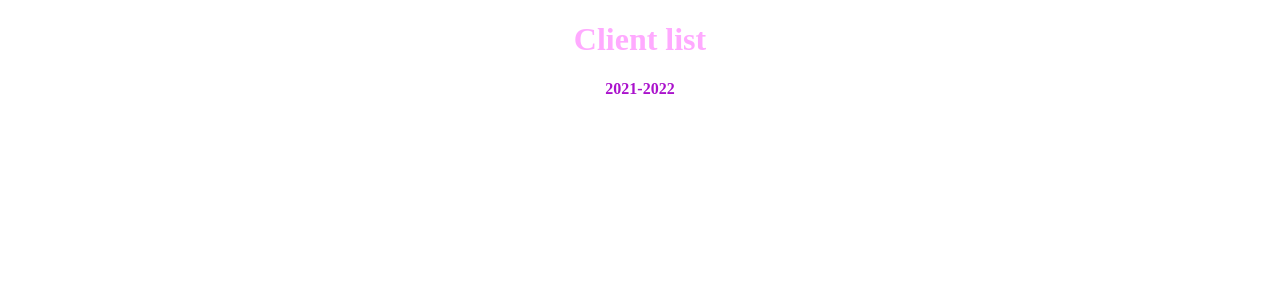
Repository: Balamurugan1914/crud_operation_without_db
Page: http://localhost/html_example/client.html
An editor plug-in stored every save of this project. The page is shown before and after the next save, followed by the edit.
The browser window is 1280 px wide. The pictures show the whole page.
The page is served by Tomcat 9.

Above is the page before, as saved 2022-06-22 11:31:00.

After the next save:
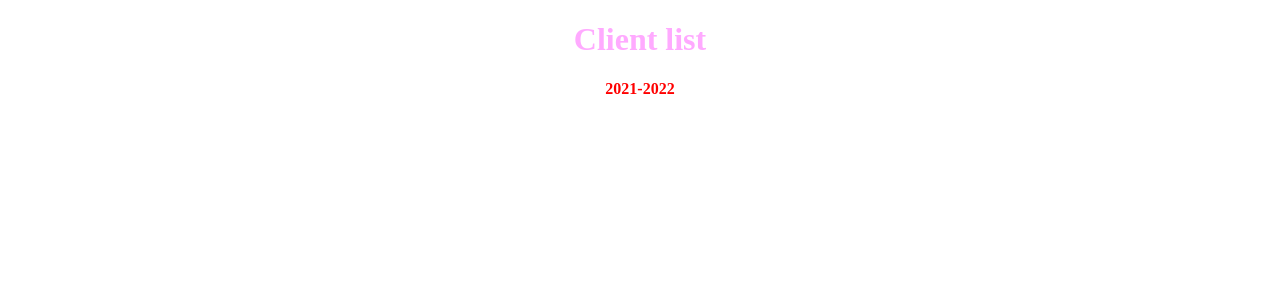
Saved 6 s later.
--- a/html_example/src/main/webapp/style/mycssfilestyle.css
+++ b/html_example/src/main/webapp/style/mycssfilestyle.css
@@ -2,7 +2,7 @@
 
 h4{
 	text-align: center;
-	color: #AA12CC;
+	color: red;
 
 
 }
